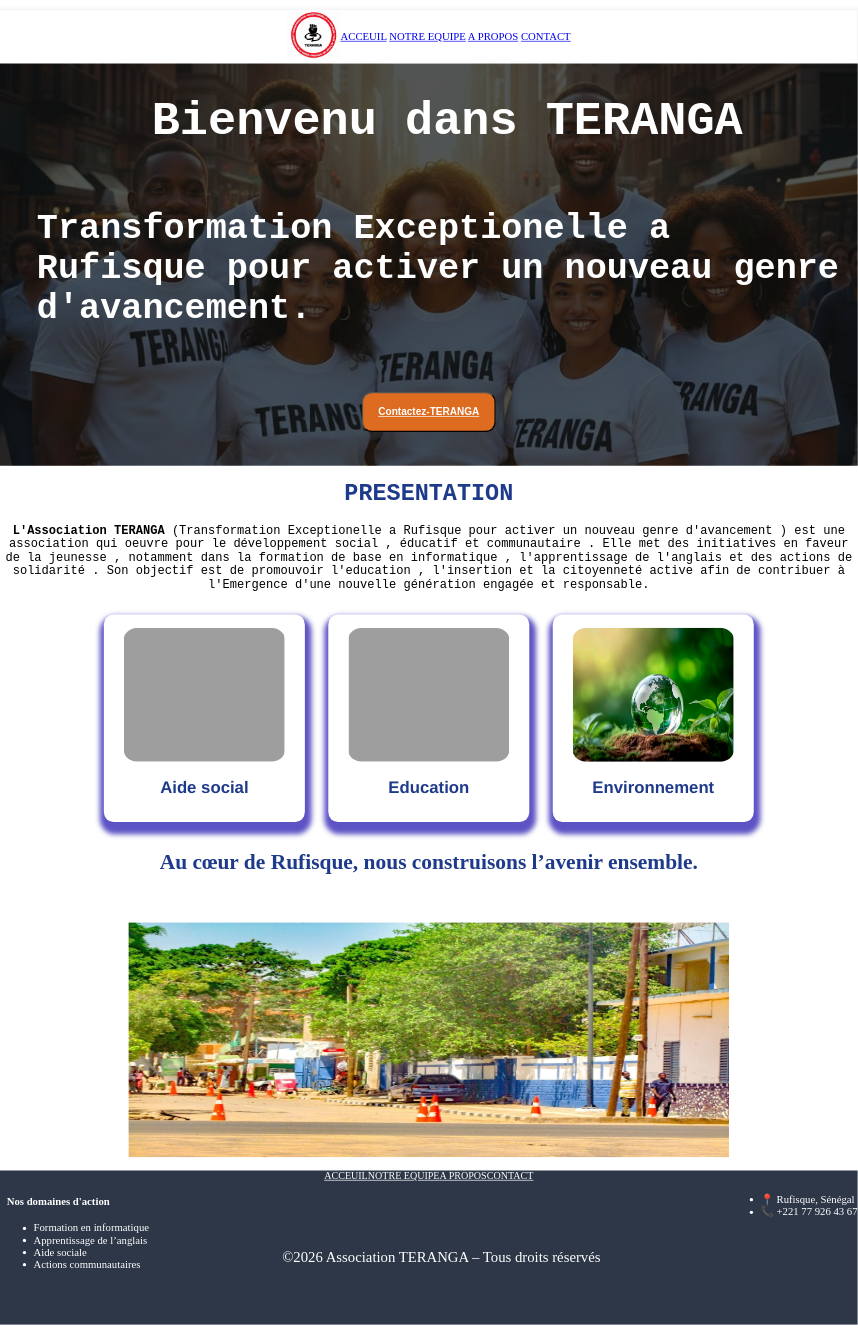
Repository: assanendao171/projet-teranga
Page: acceuil.html
An editor plug-in stored every save of this project. The page is shown before and after a run of saves, followed by the edit.
The browser window is 1280 px wide. The pictures show the whole page, at 67% of full size.
Pictures or frames that could not be fetched are drawn as grey boxes.

Above is the page before, as saved 2026-02-12 10:22:48.

### acceuil.html
<!doctype html>
<html lang="en">
  <head>
    <meta charset="UTF-8" />
    <meta name="viewport" content="width=device-width, initial-scale=1.0" />
    <title>Document</title>
    <link rel="stylesheet" href="acceuil.css" />
  </head>
  <body>
    <!-- l'entete -->
    <header>
      <!-- logo -->
       <div class="contain-logo">
      <img src="image/logo.jpeg" alt="" class="logo" />
      </div>
      <div class="btn-nav">
        <nav>
          <a href="acceuil.html" target="_blank">ACCEUIL</a>
          <a href="equipe.html" target="_blank">NOTRE EQUIPE</a>
          <a href="propos.html" target="_blank">A PROPOS</a>
          <a href="contact.html" target="_blank">CONTACT</a>

        </nav>
      </div>
    </header>
    <!-- le hero -->
    <div class="hero">
      <div class="texte-accrosse">
        <h1>Bienvenu dans TERANGA</h1>
        <h2>
          Transformation Exceptionelle a Rufisque pour activer un nouveau genre
          d'avancement.
        </h2>
      </div>
      <!-- btn-hero -->
      <div class="btn">
        <button class="btn-hero">
          <a href="contact.html" target="_blank">Contactez-TERANGA</a>
        </button>
      </div>
    </div>
    <!-- le corps -->
    <main>
      <h1 id="h-presentation">PRESENTATION</h1>
      <p id="p-presentation">
        <strong>L'Association TERANGA </strong> (Transformation Exceptionelle a
        Rufisque pour activer un nouveau genre d'avancement ) est une
        association qui oeuvre pour le développement social , éducatif et
        communautaire . Elle met des initiatives en faveur de la jeunesse ,
        notamment dans la formation de base en informatique , l'apprentissage de
        l'anglais et des actions de solidarité . Son objectif est de promouvoir
        l'education , l'insertion et la citoyenneté active afin de contribuer à
        l'Emergence d'une nouvelle génération engagée et responsable.
      </p>
      <div class="contain-image">
        <div class="image1">
          <img
            src="image/aidesocial.jpg"
            alt="aide social"
            class="image-aide" />
          <span id="texte-aide-social">Aide social</span>
        </div>
        <!-- ____________________ -->
        <div class="image1">
          <img src="image/education.jpg" alt="education" class="image-aide" />
          <span id="texte-aide-social">Education</span>
        </div>
        <!-- ___________________________________ -->
        <div class="image1">
          <img
            src="image/environnement.jpg"
            alt="environnement"
            class="image-aide" />
          <span id="texte-aide-social">Environnement</span>
        </div>
      </div>
      <div id="titre-finale">
        <h1>Au cœur de Rufisque, nous construisons l’avenir ensemble.</h1>
      </div>
      <div id="lastphoto">
        <img
          src="image/lastphoto.jpeg"
          alt="image rufisque"
          class="lastphoto" />
      </div>
    </main>
    <!-- le pieds -->
    <footer>
      <nav class="btn-footer">
        <a href="acceuil.html" target="_blank">ACCEUIL</a>
        <a href="equipe.html" target="_blank">NOTRE EQUIPE</a>
        <a href="propos.html" target="_blank">A PROPOS</a>
        <a href="contact.html" target="_blank">CONTACT</a>

      </nav>
      <div class="contain-footer">
        <div class="liste-footer">
          <h4>Nos domaines d'action</h4>
          <ul>
            <li>Formation en informatique</li>
            <li>Apprentissage de l’anglais</li>
            <li>Aide sociale</li>
            <li>Actions communautaires</li>
          </ul>
        </div>
        <div class="copyright">
          <p>&copy;2026 Association TERANGA – Tous droits réservés</p>
        </div>
        <div class="contact">
          <ul>
            <li>📍 Rufisque, Sénégal</li>
            <li>📞 +221 77 926 43 67</li>
          </ul>
        </div>
      </div>
    </footer>
  </body>
</html>

### acceuil.css
body{
    margin: 15px 0 5px 0;
}
header{
width: 100%;
height: 80px;
background-color: #FFFFFF;
box-shadow: 2px 6px 6px 6px rgba(0, 0, 0, 0.1);
display: flex;
align-items: center;
justify-content: center;
}
.con
nav a{
    margin: 30px;
    color: #1E3A8A;
    text-decoration: none;
    font-size: 15px;
    font-weight:900;
}
nav a:hover{
    text-decoration: underline;
}
.logo{
    width: 80px;
left: 10px;
}
.hero{
  width:100%;
  height:600px ;
  background-image:
    linear-gradient(rgba(0, 0, 0, 0.6), rgba(0, 0, 0, 0.6)),
    url("image/background.jpeg");
  background-size: cover;
  background-position: top;
  background-repeat: no-repeat;
}
.texte-accrosse{
display: flex;
flex-direction: column;
justify-content: center;
align-items: center;
color: rgb(255, 255, 255);
font-size: 35px;
font-family: 'Courier New', Courier, monospace;
margin-left: 55px;
}
.btn-hero{
width: 200px;
height: 60px;
border-radius: 15px;
background-color: #DD6B20;
font-size: 15px;
font-weight: 600;
color: #FFFFFF;

}
.btn-hero a{
color: #FFFFFF;
}
.btn{
    padding: 50px;
    display: flex;
    flex-direction: column;
    justify-content: center;
    align-items: center;
}
#h-presentation{
        color: #1E3A8A;

    text-align: center;
    font-size: 35px;
font-family: 'Courier New', Courier, monospace;
}
#p-presentation{
    text-align: center;
    font-size: 18px;
font-family: 'Courier New', Courier, monospace;
margin: 5px ;
}
.contain-image{
    padding-top: 30px;
    display: flex;
    gap: 35px;
    text-align: center;
    justify-content: center;
    align-items: center;
}
.image1{
    width: 300px;
    height: 310px;
    text-align: center;
    background-color: rgb(255, 255, 255);
    border-radius: 15px;
    box-shadow: 2px 10px 8px 8px rgba(49, 34, 180, 0.781);
    color: #1E3A8A;

}
.image-aide{
        width: 240px;
    height: 200px;
    padding: 20px;
    border-radius: 15%;
}
.image-aide:hover{
    transition: 0.5s;
    transform: scale(1.1);
}
#texte-aide-social{
        font-size: 25px;
        font-weight:bold;
font-family:'Franklin Gothic Medium', 'Arial Narrow', Arial, sans-serif
}
.lastphoto{
    padding-top: 50px;
    width: 70%;
    height: 350px;
}
#lastphoto{
    display: flex;
    flex-direction: column;
    justify-content: center;
    align-items: center;
}
#titre-finale{
    display: flex;
        flex-direction: column;
    justify-content: center;
    align-items: center;
    padding-top: 20px;
    color: #1E3A8A;
}
footer{
    background-color: #2D3748;
    width: 100%;
    height: 230px;
    margin-top: 20px;
}
.btn-footer{
    display: flex;
    flex-direction: row;
    justify-content: center;

}
.btn-footer a{
    padding: px;
    color: #FFFFFF;
    margin: 10x;
    font-size: 15px;
}
.liste-footer{
    margin-left: 10px;
        color: #FFFFFF;

}
.contact{
    display: flex;
    flex-direction: row;
    justify-content: flex-end;
    color: #FFFFFF;
}
.contain-footer{
    display: flex;
    flex-direction: row;
    justify-content: space-between;
}
.copyright{
        color: #FFFFFF;
    font-size: 22px;
    display: flex;
    flex-direction: column;
    justify-content: flex-end;
}

After the next 7 saves:
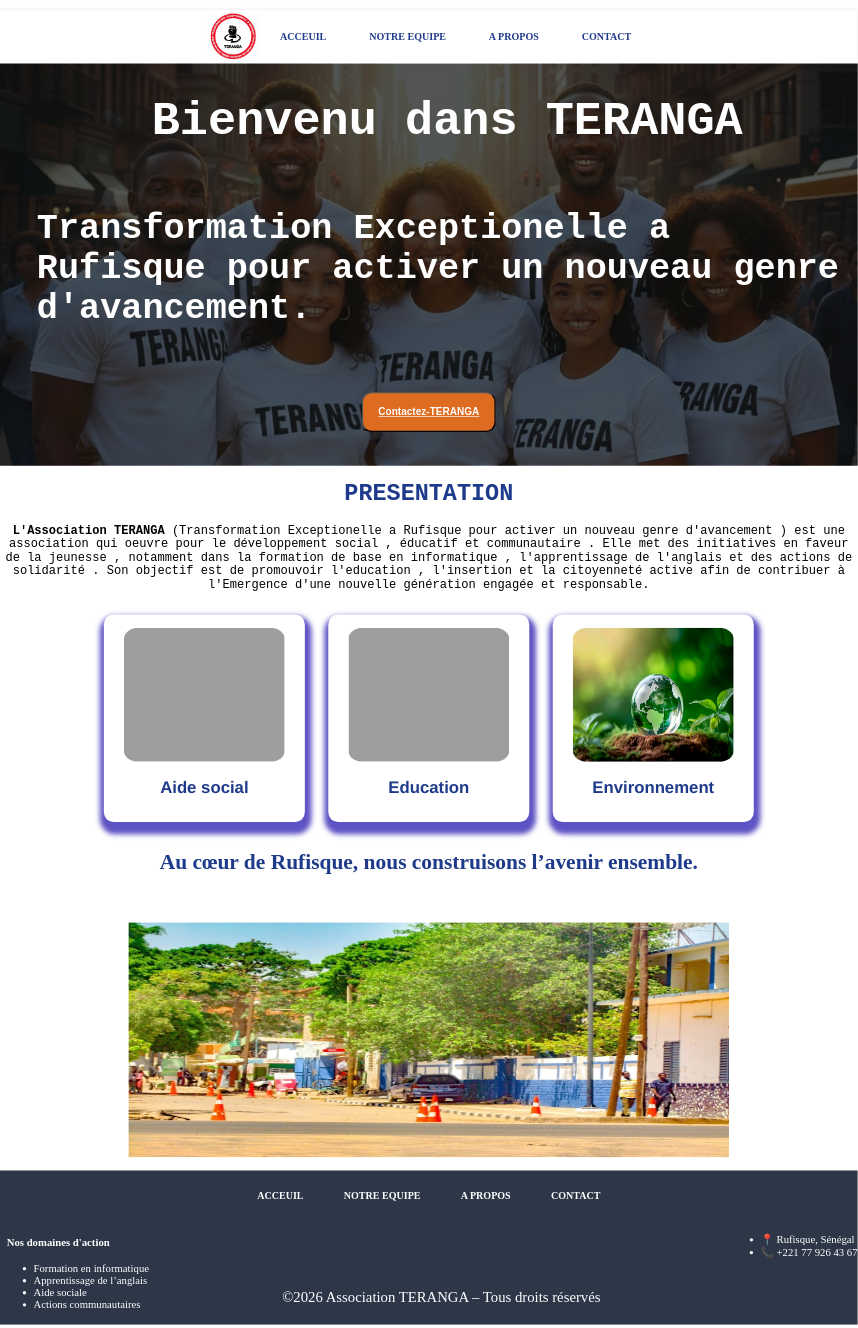
The 7 saves are shown as one change because they came seconds apart.
The last was saved 26 s later.
--- a/acceuil.css
+++ b/acceuil.css
@@ -10,7 +10,11 @@ display: flex;
 align-items: center;
 justify-content: center;
 }
-.con
+.contain-logo{
+    display: flex;
+    flex-direction: row;
+    justify-content: flex-start;
+}
 nav a{
     margin: 30px;
     color: #1E3A8A;
